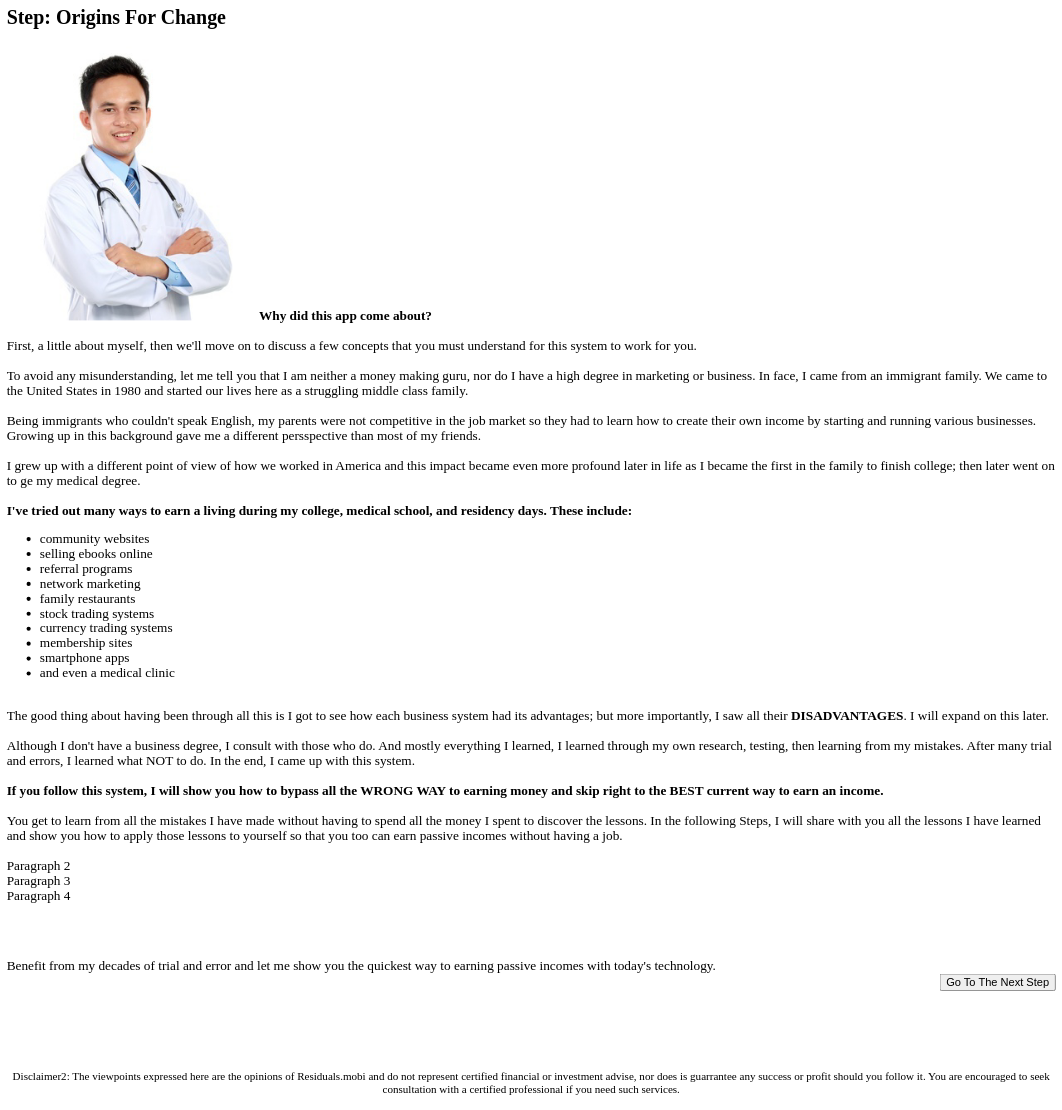
Repository: DevZubair/Danh-App
Page: www/templates/steps-origins.html
The author's editor kept a record of every edit. The page is drawn from the files as they stood at one moment, then again after the next edit.
The browser window is 1280 px wide. The pictures show the whole page, at 83% of full size.

Above is the page before.

### www/templates/steps-origins.html
<!--<ion-view view-title="Origins">
  <ion-content>-->

 <div class="padding">
    <div class="item item-divider item-balanced" >
      <h2 class="text-white">Step: Origins For Change</h2>
    </div>

    <div class="item item-text-wrap white-box">
      <div class="row">
        <div class="col">
          <img src="img/doctor.png" class="images-left-50"></img>
          <b>Why did this app come about?</b><br><br>  First, a little about myself, then we'll move on to discuss a few concepts that you must understand for this system to work for you.<br><br>

          To avoid any misunderstanding, let me tell you that I am neither a money making guru, nor do I have a high degree in marketing or business.  In face, I came from an immigrant family.  We came to the United States in 1980 and started our lives here as a struggling middle class family.<br><br>

          Being immigrants who couldn't speak English, my parents were not competitive in the job market so they had to learn how to create their own income by starting and running various businesses.  Growing up in this background gave me a different persspective than most of my friends.<br><br>

          I grew up with a different point of view of how we worked in America and this impact became even more profound later in life as I became the first in the family to finish college; then later went on to ge my medical degree.<br><br>


          <div class="div-rounded">

            <b>I've tried out many ways to earn a living during my college, medical school, and residency days.  These include:</b>
              <ul>
                <li>community websites</li>
                <li>selling ebooks online</li>
                <li>referral programs</li>
                <li>network marketing</li>
                <li>family restaurants</li>
                <li>stock trading systems</li>
                <li>currency trading systems</li>
                <li>membership sites</li>
                <li>smartphone apps</li>
                <li>and even a medical clinic</li>
              </ul>
          </div><br>

          The good thing about having been through all this is I got to see how each business system had its advantages; but more importantly, I saw all their <b>DISADVANTAGES</b>.  I will expand on this later.<br><br>

          Although I don't have a business degree, I consult with those who do.  And mostly everything I learned, I learned through my own research, testing, then learning from my mistakes.  After many trial and errors, I learned what NOT to do.  In the end, I came up with this system.<br><br>

          <b>If you follow this system, I will show you how to bypass all the WRONG WAY to earning money and skip right to the BEST current way to earn an income.</b><br><br>

          You get to learn from all the mistakes I have made without having to spend all the money I spent to discover the lessons.  In the following Steps, I will share with you all the lessons I have learned and show you how to apply those lessons to yourself so that you too can earn passive incomes without having a job.<br><br>

        </div>
      </div>

      <div class="row">
        <div class="col">
          Paragraph 2
        </div>
      </div>

      <div class="row">
        <div class="col">
          Paragraph 3

        </div>
      </div>

      <div class="row">
        <div class="col">
          Paragraph 4
        </div>
      </div>
    </div>


    <div class="item item-divider item-balanced" >
     <h2 style="color:white">Lesson Learned:</h2>
    </div>

    <div class="item item-text-wrap">
       Benefit from my decades of trial and error and let me show you the quickest way to earning passive incomes with today's technology.
    </div>
  </div>

  <div class="padding" style="height:100px">
    <button class="button button-balanced" style="float:right" ng-click="unlockNextPage('stepsWhy')">Go To The Next Step</button>
  </div>

  <div class="padding">
    <p style="text-align:center"><small>Disclaimer2: The viewpoints expressed here are the opinions of Residuals.mobi and do not represent certified financial or investment advise, nor does is guarrantee any success or profit should you follow it.  You are encouraged to seek consultation with a certified professional if you need such services.</small></p>
  </div>

  <!--</ion-content>
</ion-view>-->

After the next edit:
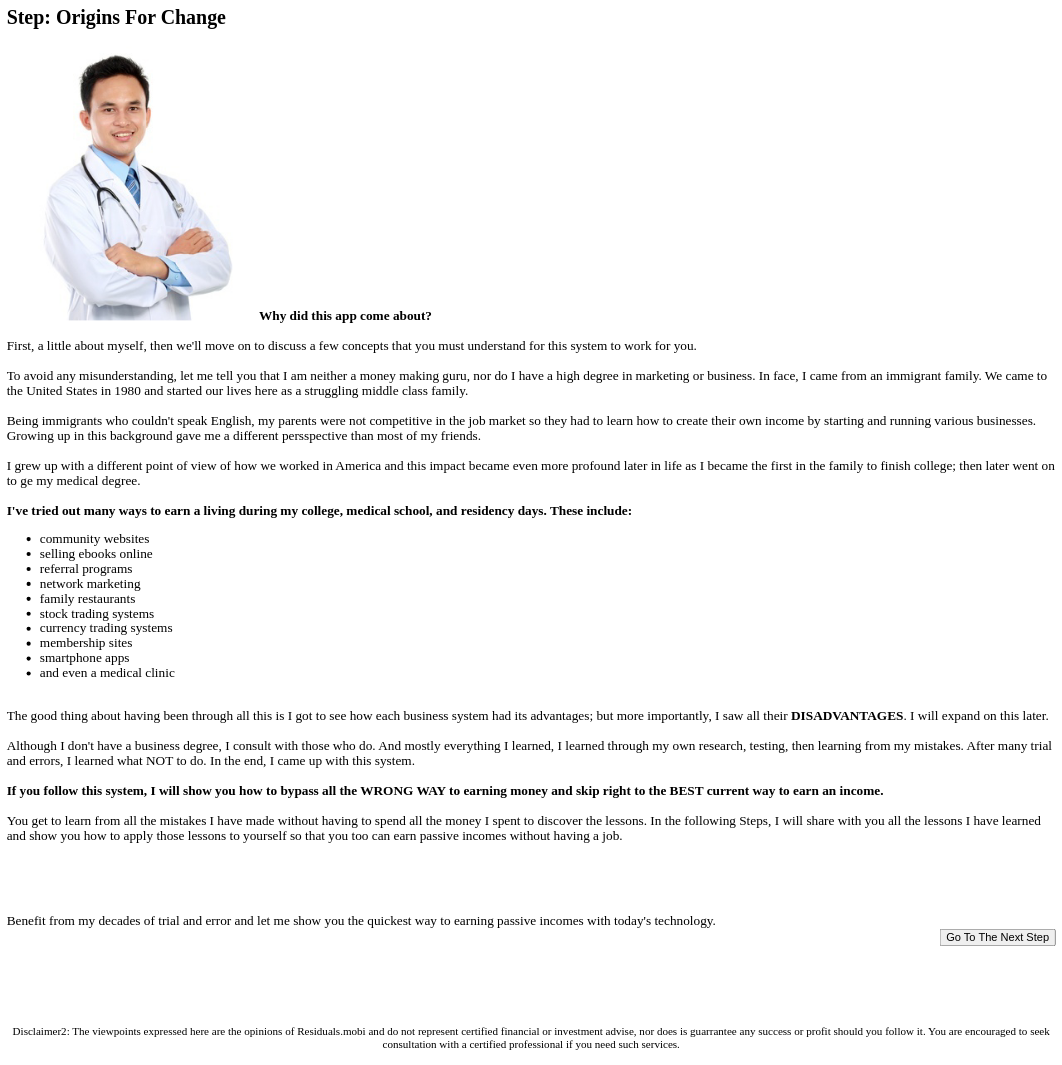
The edit:
--- a/www/templates/steps-origins.html
+++ b/www/templates/steps-origins.html
@@ -47,24 +47,7 @@
         </div>
       </div>
 
-      <div class="row">
-        <div class="col">
-          Paragraph 2
-        </div>
-      </div>
 
-      <div class="row">
-        <div class="col">
-          Paragraph 3
-
-        </div>
-      </div>
-
-      <div class="row">
-        <div class="col">
-          Paragraph 4
-        </div>
-      </div>
     </div>
 
 
